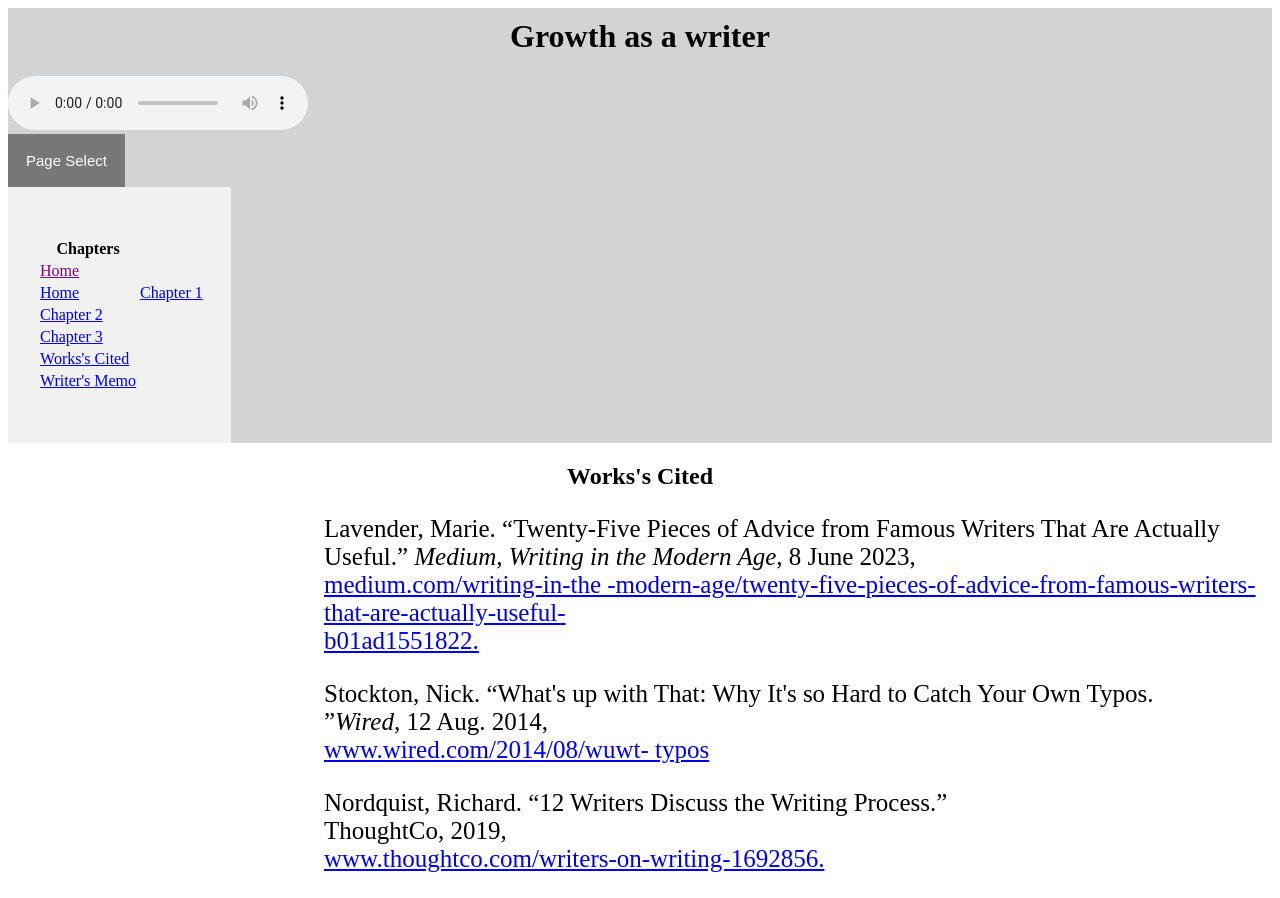
Repository: jpaisiem/WP-4
Page: WorksCited.html
The author's editor kept a copy of each file at every save. The page is drawn from the files as they stood at one save, then again after a run of saves.
The browser window is 1280 px wide. The pictures show the whole page.

Above is the page before, as saved 2025-05-01 12:30:33.
Console error: TypeError: Cannot read properties of undefined (reading 'toggle')

After the next 2 saves:
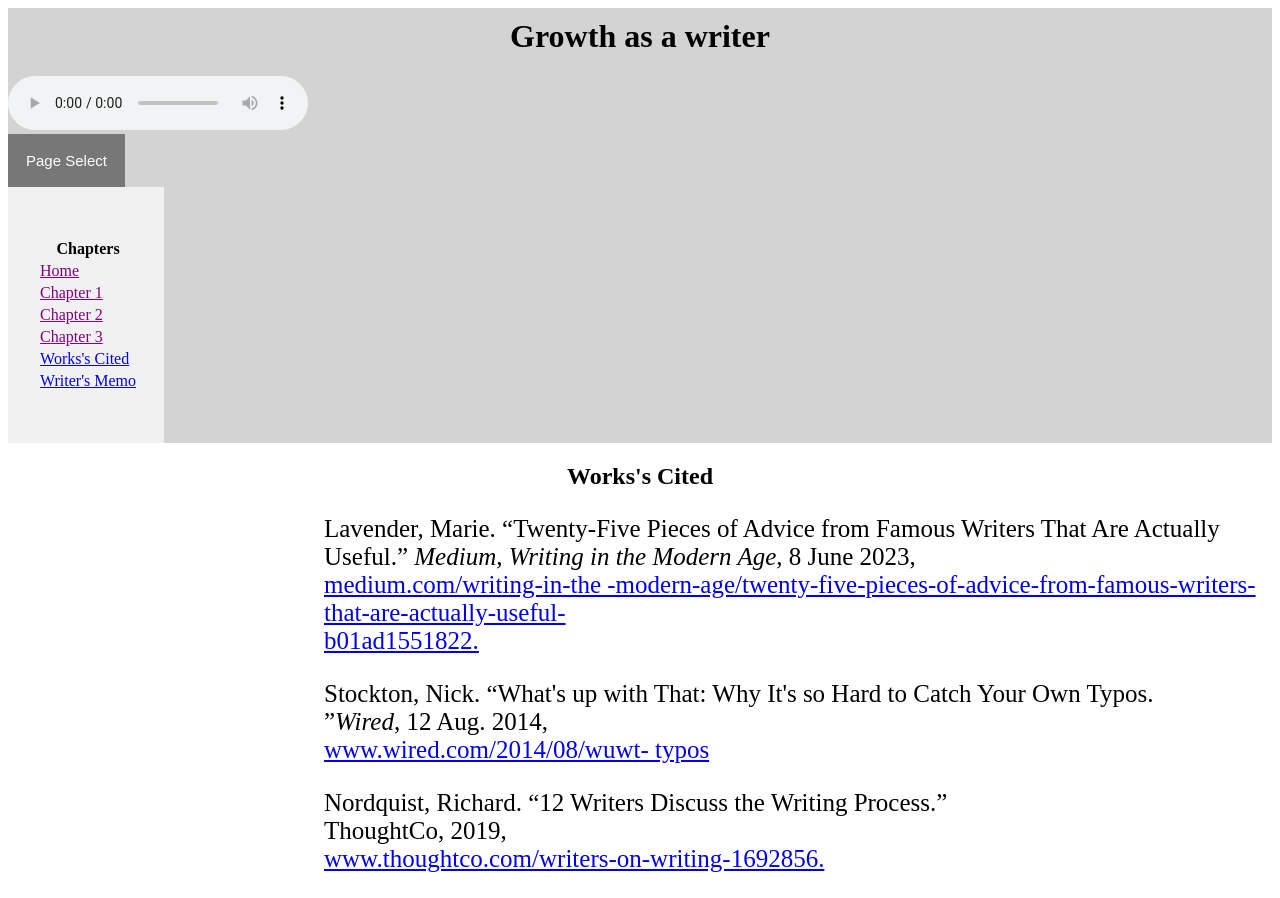
The 2 saves are shown as one change because they came seconds apart.
The last was saved 9 s later.
--- a/WorksCited.html
+++ b/WorksCited.html
@@ -63,14 +63,13 @@ li
         <td><a href="index.html" style="color: purple;">Home</a></td>
     </tr>
     <tr>
-        <td><a href="index.html" >Home</a></td>
-        <td><a href="Chapter1.html" >Chapter 1</a></td>
+        <td><a href="Chapter1.html" style="color: purple;">Chapter 1</a></td>
     </tr>
      <tr>
-        <td><a href="Chapter2.html">Chapter 2</a></td>
+        <td><a href="Chapter2.html" style="color: purple;">Chapter 2</a></td>
     </tr>
     <tr>
-        <td><a href="Chapter3.html">Chapter 3</a></td>
+        <td><a href="Chapter3.html" style="color: purple;">Chapter 3</a></td>
     </tr>
     <tr>
         <td><a href="WorksCited.html">Works&apos;s Cited</a></td>
